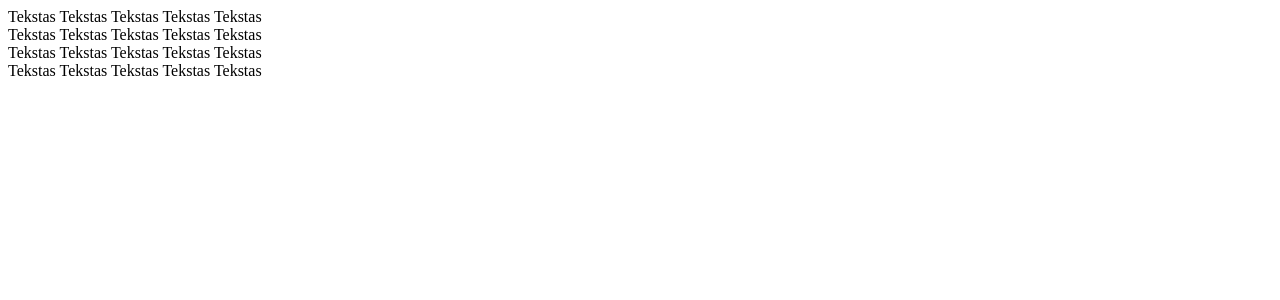
Repository: motiejus1/01-paskait
Page: pirmas.html
The author's editor kept a copy of each file at every save. The page is drawn from the files as they stood at one save, then again after a run of saves.
The browser window is 1280 px wide. The pictures show the whole page.

Above is the page before, as saved 2021-05-31 19:26:31.

### pirmas.html
<!DOCTYPE html>

<html lang="en">
    <head>
        <meta charset="UTF-8">
        <meta http-equiv="X-UA-Compatible" content="IE=edge">
        <meta name="viewport" content="width=device-width, initial-scale=1.0">
        <title>Antra paskaita</title>
    </head>

    <body>

        Tekstas Tekstas Tekstas Tekstas Tekstas<br>
        Tekstas Tekstas Tekstas Tekstas Tekstas<br>
        Tekstas Tekstas Tekstas Tekstas Tekstas<br>
        Tekstas Tekstas Tekstas Tekstas Tekstas<br>

    </body>

</html>

After the next 3 saves:
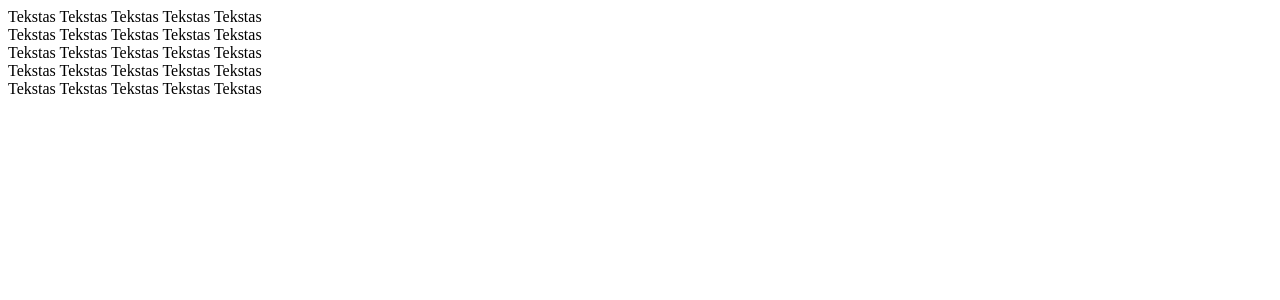
The 3 saves are shown as one change because they came seconds apart.
The last was saved 32 min 53 s later.
--- a/pirmas.html
+++ b/pirmas.html
@@ -14,6 +14,7 @@
         Tekstas Tekstas Tekstas Tekstas Tekstas<br>
         Tekstas Tekstas Tekstas Tekstas Tekstas<br>
         Tekstas Tekstas Tekstas Tekstas Tekstas<br>
+        Tekstas Tekstas Tekstas Tekstas Tekstas<br>
 
     </body>
 
